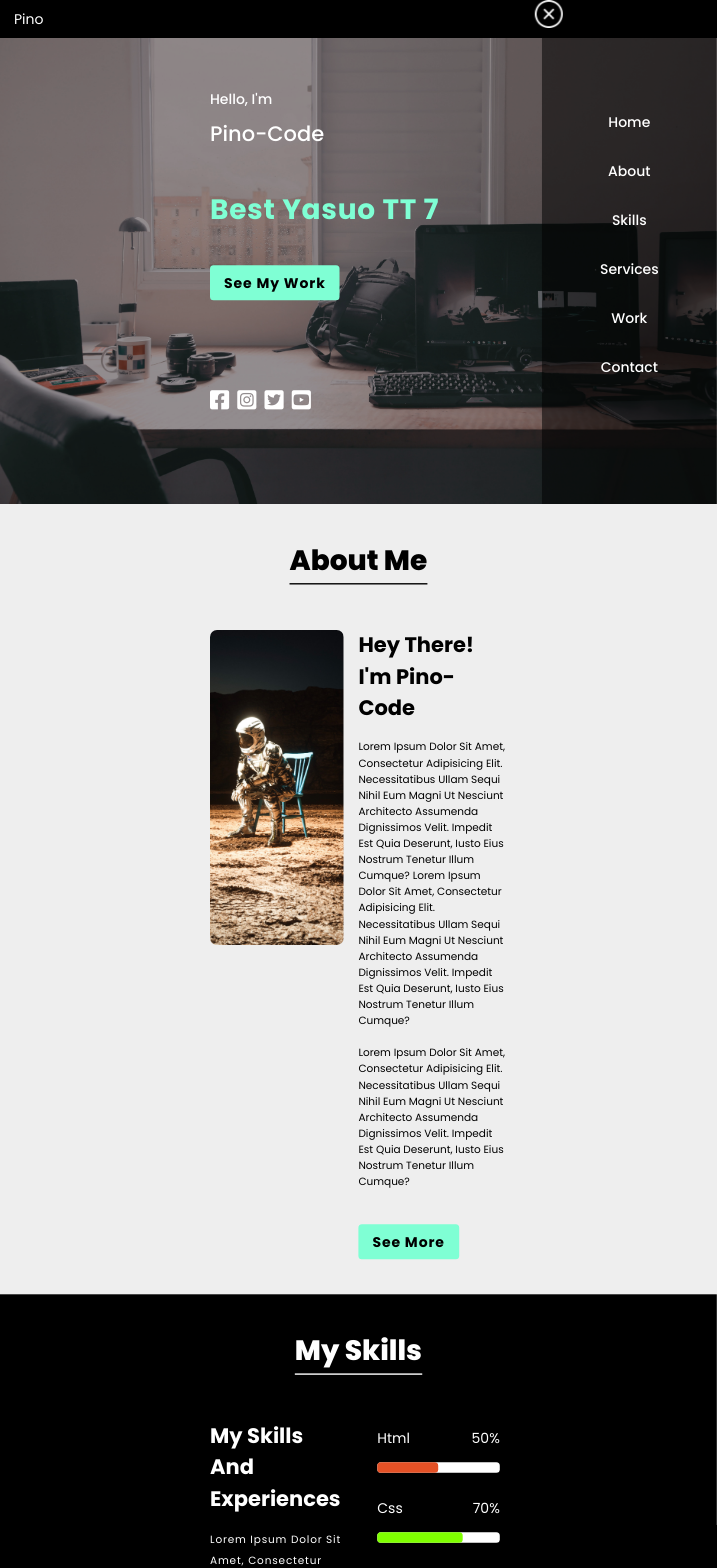
Repository: Pinocoding/New
Page: index.html
An editor plug-in stored every save of this project. The page is shown before and after the next save, followed by the edit.
The browser window is 1024 px wide. The pictures show the part of the page from y = 0 to 2240 px (the page is 8793 px tall), at 70% of full size.
Empty fields were first filled with sample values (such as "Sample", 5 or name@example.com).
After loading, the first visible `div.menu-btn` was clicked once.
Backgrounds fixed to the window are drawn as part of the page.

Above is the page before, as saved 2021-10-16 12:35:00.

### index.html
<!DOCTYPE html>
<html lang="en">
<head>
  <meta charset="UTF-8">
  <meta http-equiv="X-UA-Compatible" content="IE=edge">
  <meta name="viewport" content="width=device-width, initial-scale=1.0">
  <title>Document</title>
  <link rel="stylesheet" href="style.css">
  <link rel="stylesheet" href="https://cdnjs.cloudflare.com/ajax/libs/font-awesome/6.0.0-beta2/css/all.min.css" integrity="sha512-YWzhKL2whUzgiheMoBFwW8CKV4qpHQAEuvilg9FAn5VJUDwKZZxkJNuGM4XkWuk94WCrrwslk8yWNGmY1EduTA==" crossorigin="anonymous" referrerpolicy="no-referrer" />


</head>
<body>
  <!-- header -->
  <header>
    <a href="#main" class="brand">Pino</a>
    <div class="menu-btn"></div>
    <div class="navigation">
        <a href="#main">home</a>
        <a href="#about">About</a>
        <a href="#skills">Skills</a>
        <a href="#services">Services</a>
        <a href="#work">Work</a>
        <a href="#contact">Contact</a>
    </div>
  </header>
  <!--  -->
  <!-- section main  -->
  <section class="main">
    <div class="layout"></div>
    <div class="content">
    <h2>hello, I'm<br><span>Pino-code</span></h2>
    <div class="animated-text">
      <h3>FE developer</h3>
      <h3>Best Yasuo TT 7</h3>
      <h3>Best NoVo CS GO</h3>
    </div>
    <a href="#about" class="btn">see my work</a>
    <div class="media-icon">
      <a href="#"><i class="fab fa-facebook-square"></i></a>
      <a href="#"><i class="fab fa-instagram-square"></i></a>
      <a href="#"><i class="fab fa-twitter-square"></i></a>
      <a href="#"><i class="fab fa-youtube-square"></i></a>
    </div>
  </div>

  </section>
  <!--  -->
  <!-- section about -->
  <section class="about" id="about">
    <!-- title -->
    <div class="title">
      <h2 class="section-title">
        about me
      </h2>
    </div>
    <!--  -->
    <!-- content -->
    <div class="content">
      <div class="column col-left">
        <div class="img-card">
          <img src="/img/002.jpg" alt="">
        </div>
      </div>
      <div class="column col-right">
        <h2 class="content-title">Hey there! i'm pino-code</h2>
        <p>Lorem ipsum dolor sit amet, consectetur adipisicing elit. Necessitatibus ullam sequi nihil eum magni ut nesciunt architecto assumenda dignissimos velit. Impedit est quia deserunt, iusto eius nostrum tenetur illum cumque?
          Lorem ipsum dolor sit amet, consectetur adipisicing elit. Necessitatibus ullam sequi nihil eum magni ut nesciunt architecto assumenda dignissimos velit. Impedit est quia deserunt, iusto eius nostrum tenetur illum cumque?
          <br>
          <br>
          Lorem ipsum dolor sit amet, consectetur adipisicing elit. Necessitatibus ullam sequi nihil eum magni ut nesciunt architecto assumenda dignissimos velit. Impedit est quia deserunt, iusto eius nostrum tenetur illum cumque?
        </p>
        <a href="#about" class="btn">See more</a>
      </div>
    </div>
      <!--  -->


    </section>
    <!--  -->

        <!-- section skills -->
    <section class="skills" id="skills">
      <div class="title">
        <h2 class="section-title">
          my skills
        </h2>
      </div>
      <div class="content">
        <div class="column col-left">
          <h2 class="content-title">
            my skills and experiences</h2>
            <p>Lorem ipsum dolor sit amet, consectetur adipisicing elit. Ut amet doloremque ratione quam quos dolores nesciunt nam eaque esse cum obcaecati voluptas unde, magnam mollitia ducimus libero! Ducimus, fugiat recusandae.<br>
            Lorem ipsum dolor sit amet consectetur, adipisicing elit. Voluptas quia expedita omnis perspiciatis, similique voluptates doloribus error odio vitae voluptatem pariatur repellat reiciendis laudantium, autem minus ad placeat facere accusantium?</be></p>
            <a href="#" class="btn">see more</a>
        </div>

      <div class="column col-right">
        <div class="bar">
          <div class="infor">
            <span>html</span>
            <span>50%</span>
          </div>
          <div class="line html"></div>
        </div>
        <div class="bar">
          <div class="infor">
            <span>css</span>
            <span>70%</span>
          </div>
          <div class="line css"></div>
        </div>
        <div class="bar">
          <div class="infor">
            <span>javascript</span>
            <span>20%</span>
          </div>
          <div class="line javascript"></div>
        </div>
        <div class="bar">
          <div class="infor">
            <span>jquery</span>
            <span>20%</span>
          </div>
          <div class="line jquery"></div>
        </div>
      </div>

      </div>
    </section>
    <!--  -->
    <!-- section services -->
<section class="services" id="services">
  <div class="title">
    <h2 class="section-title">
      my services
    </h2>
    <p>Lorem ipsum dolor sit amet consectetur adipisicing elit. Quasi, iusto. Odio tempore maxime minus nihil est nemo, impedit libero ipsa dolorem voluptatibus sed voluptatum, porro deserunt, sapiente tempora quae dolorum.</p>
  </div>
  <div class="content">
    <div class="card">
      <div class="service-icon">
        <i class='fas fa-palette'></i>
      </div>
      <div class="infor">
        <h3>web design</h3>
        <p>Lorem ipsum dolor sit amet consectetur adipisicing elit. Voluptate quibusdam debitis, ratione assumenda laudantium ullam fuga quos eos beatae commodi fugit a .

        </p>
      </div>

    </div>
    <div class="card">
      <div class="service-icon">
        <i class='far fa-file-code'></i>
      </div>
      <div class="infor">
        <h3>web development</h3>
        <p>Lorem ipsum dolor sit amet consectetur adipisicing elit. Voluptate quibusdam debitis, ratione assumenda laudantium ullam fuga quos eos beatae commodi fugit a . </p>
      </div>

    </div>
    <div class="card">
      <div class="service-icon">
        <i class='far fa-object-group'></i>
      </div>
      <div class="infor">
        <h3>motion graphic design</h3>
        <p>Lorem ipsum dolor sit amet consectetur adipisicing elit. Voluptate quibusdam debitis, ratione assumenda laudantium ullam fuga quos eos beatae commodi fugit a .</p>
      </div>

    </div>
  </div>


</section>
<!--  -->
<!-- section work  -->
<section class="work" id="work">
  <div class="title">
    <div class="section-title">my work</div>
  </div>
  <div class="content">
    <div class="card">
      <div class="card-img">
        <img src="/img/1.jpg" alt="">
      </div>
    </div>
    <div class="card">
      <div class="card-img">
        <img src="/img/2.jpg" alt="">
      </div>
    </div>
    <div class="card">
      <div class="card-img">
        <img src="/img/3.jpg" alt="">
      </div>
    </div>
    <div class="card">
      <div class="card-img">
        <img src="/img/4.jpg" alt="">
      </div>
    </div>
    <div class="card">
      <div class="card-img">
        <img src="/img/5.jpg" alt="">
      </div>
    </div>
    <div class="card">
      <div class="card-img">
        <img src="/img/boy.jpg" alt="">
      </div>




    </div>
    <div class="title">
      <a href="#" class="btn">See All</a>
    </div>



  </div>

</section>
<!--  -->

<!-- contact -->
<section class="contact" id="contact">
  <div class="title">
    <h2 class="section-title">
      contact Me
    </h2>
  </div>
  <div class="content">
    <div class="row">
      <div class="card">
        <div class="contact-icon">
          <i class="fas fa-map-marker-alt"></i>

        </div>
        <div class="infor">
          <h3>address</h3>
          <span>addess,city,country</span>
        </div>
        </div>
        <div class="card">
          <div class="contact-icon">
            <i class="fas fa-phone"></i>

          </div>
          <div class="infor">
            <h3>phone</h3>
            <span>+000000000</span>
          </div>
        </div>
          <div class="card">
            <div class="contact-icon">
              <i class="far fa-envelope"></i>

            </div>
            <div class="infor">
              <h3>email address</h3>
              <span>contact@email.com</span>
            </div>
          </div>
          <di class="card">
            <div class="contact-icon">
              <i class="fas fa-globe"></i>

            </div>
            <div class="infor">
              <h3>website</h3>
              <span>my website.com</span>
            </div>
          </di v>
    </div>
    <!-- quan trọng [form] -->
    <div class="row">
      <div class="contact-form">
        <h3>Send Message</h3>
        <div class="input-box">
          <input type="text" name="" value="" placeholder="Name">
        </div>
        <div class="input-box">
          <input type="text" name="" value="" placeholder="Email">
        </div>
        <div class="input-box">
          <textarea name="name" rows="8" cols="80" placeholder="Message"></textarea>
        </div>
        <div class="input-box">
          <input type="submit" class="send-btn" name="" value="send">
        </div>
      </div>

    </div>


</section>
<!--  -->
<!--  -->
<footer class="footer">
  <span class="footer-title">
    pino-code
  </span>
<p>copyright @2021 <a href="#">Pino-code</a> .All rights reserved</p>
</footer>
  <script
  src="https://code.jquery.com/jquery-3.6.0.js"
  integrity="sha256-H+K7U5CnXl1h5ywQfKtSj8PCmoN9aaq30gDh27Xc0jk="
  crossorigin="anonymous"></script>
  <script src="function.js"></script>
</body>
</html>

### style.css
/* @import url("https://fonts.googleapis.com/css2?family=Comic+Neue:wght@400;700&display=swap"); */
@import url("https://fonts.googleapis.com/css2?family=Poppins:wght@300;400;500;700;800&display=swap");
* {
  font-size: 62.5%;
  /* font-family: "Comic Neue", cursive; */
  font-family: "Poppins", sans-serif;
  margin: 0;
  padding: 0;
  box-sizing: border-box;
  text-transform: capitalize;
  /* kéo mượt chuột */
  scroll-behavior: smooth;
  /*  */
}
body {
  min-height: 110vh;
  background: #eee;
}
/* for header */
header {
  position: fixed;
  z-index: 99;
  background: rgb(0, 0, 0);
  top: 0;
  left: 0;
  width: 100%;
  padding: 2rem 5rem;
  display: flex;
  justify-content: space-between;
  align-items: center;
}
/* hover navigation */
header .navigation a:hover {
  color: aquamarine;
}
/*header sticky */
header.sticky {
  background: rgba(0, 0, 0, 0.26);
}
/*  */
header .brand {
  text-decoration: none;
  font-size: 2rem;
  color: white;
}
header .navigation a {
  font-size: 1.5rem;
  text-decoration: none;
  color: white;
  padding: 0 1rem;
}
/*  */
section {
  padding: 5rem 30rem;
}
/* for banner */
.main {
  position: relative;
  width: 100%;
  min-height: 100vh;
  display: flex;
  align-items: center;
  background: url("/img/0.jpg") no-repeat;
  background-size: cover;
  background-position: center;
  background-attachment: fixed;
  z-index: 1;
}
.main .layout {
  position: absolute;
  top: 0;
  left: 0;
  width: 100%;
  height: 100%;
  background: black;
  opacity: 0.3;
  z-index: -1;
}
.main .content {
  max-width: 100rem;
}
.main .content h2 {
  margin-bottom: 5rem;
  color: white;
  font-size: 2rem;
  font-weight: 500;
  line-height: 5rem;
}
.main .content h2 span {
  font-size: 3rem;
}

.animated-text {
  position: relative;
  height: 6rem;
  overflow: hidden;
}
.animated-text h3 {
  color: aquamarine;
  font-size: 4rem;
  font-weight: 700;
  line-height: 60px;
  letter-spacing: 1px;
}
/* animated text for h3 */
.animated-text h3:nth-child(1) {
  animation: text-move 7s infinite;
}
@keyframes text-move {
  0% {
    margin-top: 0;
  }
  25% {
    margin-top: -60px;
  }
  50% {
    margin-top: -120px;
  }
  100% {
    margin-top: 0;
  }
}
/*  */
.btn {
  margin-top: 5rem;
  color: black;
  background: aquamarine;
  font-size: 2rem;
  font-weight: 700;
  display: inline-block;
  padding: 10px 20px;
  text-decoration: none;
  letter-spacing: 1.3px;
  border-radius: 5px;
  /* box-shadow: -1px 5px 10px #888888; */
  transition: 0.5s ease;
}
.btn:hover {
  transform: scale(1.1);
}

.media-icon {
  margin-top: 10rem;
}
.media-icon a {
  color: white;
  font-size: 5rem;
  margin-right: 1rem;
  transition-property: transform, color;
  transition: 0.2s;
}
.media-icon a:hover i {
  color: aquamarine;
  transform: translateY(-2px);
  transition: 0.2s;
}
/*  */
/* for section about  */
.title {
  width: 100%;
  display: flex;
  justify-content: center;
  align-items: center;
  flex-direction: column;
}
/* gach dưới , chấm */
.section-title {
  text-transform: capitalize;
  position: relative;
  color: black;
  font-size: 4rem;
  font-weight: 800;
  margin-bottom: 5rem;
}
.section-title:after {
  content: "";
  position: absolute;
  top: 105%;
  left: 50%;
  width: 100%;
  height: 2px;
  transform: translateX(-50%);
  background: currentColor;
}

/*  */
/*  content */
.about .content {
  position: relative;
  width: 100%;
  display: flex;
  justify-content: space-between;
  margin-top: 2rem;
}
/* content > col-left */
.about .content .col-left {
  position: relative;
  width: 45%;
}
.about .content .col-left .img-card {
  position: relative;
  width: 100%;
  min-height: 45rem;
}
.about .content .col-left .img-card img {
  position: absolute;
  top: 0;
  left: 0;
  width: 100%;
  height: 100%;
  object-fit: cover;
  border-radius: 10px;
}
/* content > col-right */
.about .content .col-right {
  width: 50%;
  position: relative;
}
.content-title {
  font-size: 3rem;
  margin-bottom: 2rem;
}
.about .content .col-right p {
  font-size: 1.5rem;
}
/* .column .btn {
  margin-top: 9rem;
  color: black;
  background: linear-gradient(to top left, aquamarine, transparent);
  font-size: 2rem;
  font-weight: 700;
  display: inline-block;
  padding: 15px 20px;
  text-decoration: uppercase;
  text-decoration: none;
  letter-spacing: 1px;
  border-radius: 10px;
  box-shadow: -1px 5px 10px #888888;
  transition: 0.5s ease;
}
.btn:hover {
  transform: scale(1.1);
} */
/*  */
/* skills */
.skills {
  background: black;
}
.skills .section-title {
  color: white;
}

.skills .section-title::before {
  background: currentColor;
}
.skills .content {
  position: relative;
  width: 100%;
  display: flex;
  justify-content: space-between;
  color: white;
  margin-top: 2rem;
}
/* skills => col-left */
.skills .content .col-left {
  position: relative;
  width: 46%;
}
/*  */
/* skills => col-right */
.skills .content .col-right {
  position: relative;
  width: 46%;
}
.skills .content .col-right .bar {
  margin-bottom: 15px;
  padding: 10px;
}
.skills .content .col-right .bar .infor {
  display: flex;
  align-items: center;
  justify-content: space-between;
  margin-bottom: 2rem;
}

.skills .content .col-right .bar .infor span {
  font-size: 2rem;
}
/* thanh % */
.skills .content .col-right .bar .line {
  position: relative;
  width: 100%;
  height: 15px;
  border-radius: 5px;
  background: white;
}
.skills .content .col-right .bar .line::before {
  content: "";
  position: absolute;
  top: 0;
  left: 0;

  height: 100%;
  /* background-color: rgb(42, 40, 136); */
  border-radius: 5px;
}
.skills .content .col-right .bar .html::before {
  width: 50%;
  background: #e45126;
}
.skills .content .col-right .bar .css::before {
  width: 70%;
  background-color: chartreuse;
}
.skills .content .col-right .bar .javascript::before {
  width: 20%;
  background-color: rgb(0, 60, 255);
}
.skills .content .col-right .bar .jquery::before {
  width: 20%;
  background-color: rgb(0, 38, 255);
}

/*  */
.skills p {
  font-size: 1.5rem;
  line-height: 3rem;
  letter-spacing: 1.2px;
}
/* .skills .content .btn {
  margin-top: 2rem;
  color: white;

  background: linear-gradient(to top left, aquamarine, transparent);
  font-size: 2rem;
  font-weight: 700;
  display: inline-block;
  padding: 15px 20px;
  text-decoration: uppercase;

  letter-spacing: 1px;
  border-radius: 10px;

  transition: 0.5s ease;
}
.btn:hover {
  transform: scale(1.1);
} */
/*  */
/* for services */
.services .content {
  display: flex;
  justify-content: center;
  flex-wrap: wrap;
  flex-direction: row;
  margin-top: 20px;
}
.title p {
  font-size: 2rem;
  text-align: center;
  width: 80%;
}

.services .content .card {
  background-color: white;
  width: 34rem;
  margin: 10px;
  padding: 25px;
  justify-content: center;
  align-items: center;
  flex-direction: column;
  box-shadow: 0 5px 25px rgba(1 1 1 /15%);
  border-radius: 10px;
}
.services .content .card .service-icon i {
  color: #3a6cf4;
  display: flex;
  justify-content: center;
  align-items: center;
  font-size: 13rem;

  text-align: center;
  transition: transform 0.3s ease;
  margin-bottom: 1rem;
}
.services .content .card:hover .service-icon i {
  transform: scale(1.2);
}
.services .content .card .infor {
  text-align: center;
}
.services .content .card .infor p {
  font-size: 1.5rem;
  text-align: center;
}
.services .content .card .infor h3 {
  font-size: 2rem;
  color: #3a6cf4;
  font-weight: 500;
  margin-bottom: 2rem;
}
/*  */
/* section work */
.work {
  background: black;
}
.work .content {
  display: flex;
  justify-content: center;
  align-items: center;
  flex-direction: row;
  flex-wrap: wrap;
  margin-top: 20px;
}
.work .content .card {
  width: 34rem;
  margin: 15px;
}
.work .content .card .card-img {
  position: relative;
  width: 100%;
  height: 26rem;
  overflow: hidden;
  border-radius: 2rem;
}
.work .content .card .card-img img {
  position: absolute;
  top: 0;
  left: 0;
  width: 100%;
  height: 100%;
  object-fit: cover;
  transition: transform 0.3s ease;
}
.work .content .card .card-img img:hover {
  transform: scale(1.2);
}
.work .section-title {
  color: white;
}
.work .section-title::before {
  background: currentColor;
}
/* for contact */
.contact .content {
  display: flex;
  justify-content: center;
  flex-wrap: wrap;
  flex-direction: column;
  margin-top: 20px;
}
.contact .content .row {
  display: flex;
  justify-content: center;
  flex-wrap: wrap;
  flex-direction: row;
}
.contact .content .row .card {
  background: white;
  width: 240px;
  margin: 2rem;
  padding: 25px;
  display: flex;
  justify-content: center;
  align-items: center;
  flex-direction: column;
  box-shadow: 0 5px 25px rgba(1 1 1 /15%);
  border-radius: 10px;
}
.contact .content .row .card .contact-icon {
  font-size: 15rem;
  display: flex;
  justify-content: center;
  align-items: center;
  margin-bottom: 2rem;
  color: #3a6cf4;
}
.contact .content .row .card:hover .contact-icon {
  transform: translateY(-10px);
  transition: 0.3s;
}
.contact .content .row .card .infor {
  text-align: center;
}
.contact .content .row .card .infor h3 {
  font-size: 2rem;
  margin-bottom: 1rem;
}
.contact .content .row .card .infor span {
  font-size: 1.5rem;
  letter-spacing: 1.5px;
}
/* important */
.contact-form {
  background: white;
  max-width: 60rem;
  margin-top: 50px;
  padding: 50px;
  border-radius: 10px;
  box-shadow: 0 5px 25px rgba(1 1 1 /15%);
}
.contact-form h3 {
  color: #111;
  font-size: 2rem;
  font-weight: 600;
  margin-bottom: 40px;
}
.contact-form .input-box {
  position: relative;
  width: 100%;
  margin-bottom: 20px;
}
.contact-form .input-box input,
.contact-form .input-box textarea {
  color: #111;
  width: 100%;
  padding: 10px;
  font-size: 1.5rem;
  border-radius: 4px;
  outline: none;
  border: 1px solid black;
  resize: none;
}
.contact-form .input-box .send-btn {
  color: white;
  background: #3a6cf4;
  /* display: inline-block; */
  font-size: 1.5rem;
  font-weight: 500;
  letter-spacing: 2px;
  width: 100%;
  border: none;
  text-transform: uppercase;
  cursor: pointer;
  transition: 0.3s ease;
}
.contact-form .input-box .send-btn:hover {
  background: #235bf6;
}
/*  */
/* footer  */
.footer {
  background: #000016;
  color: white;
  text-align: center;
  padding: 2rem;
}
.footer .footer-title {
  font-size: 2rem;
  font-weight: 600;
}
.footer p {
  font-size: 16px;
  margin-top: 1rem;
}
.footer p a {
  color: aquamarine;
  font-weight: 600;
  font-size: 16px;
  text-decoration: none;
}
/*  */
/* respon   */
@media (max-width: 1040px) {
  header {
    padding: 12px 20px;
  }
  /*  làm  menubtn > closebtn */
  header .menu-btn {
    position: absolute;
    background: url("img/NicePng_button-png_147111.png") no-repeat;
    width: 40px;
    height: 40px;
    filter: invert(1);

    background-size: 40px;
    background-position: center;
    right: 0;
    margin: 0 20px;
    cursor: pointer;
    transition: 0.3s ease;
  }
  header .menu-btn.active {
    z-index: 99;
    background: url("img/close-circular-button-symbol.png") no-repeat;
    top: 0;
    right: 20rem;
    width: 40px;
    height: 40px;
    filter: invert(1);

    background-size: 40px;
    background-position: center;
    transition: 0.3s ease;
  }
  /*  */
  /* làm navigation > navigation active  */
  header .navigation {
    /* position: relative; */
    display: none;
  }
  header .navigation.active {
    z-index: 88;
    position: fixed;
    background-color: rgba(0, 0, 0, 0.527);
    top: 0;
    right: 0;
    width: 25rem;
    height: 100%;
    display: flex;
    flex-direction: column;
    justify-content: center;
    align-items: center;
    transition: 0.3s ease;
  }
  header .navigation a {
    color: white;
    font-weight: 500;
    font-size: 2rem;

    margin-bottom: 2rem;
    padding: 1rem 2rem;
    border-radius: 10px;
    transition: 0.2s ease;
  }
  header .navigation a:hover {
    background: #eee;
    color: black;
  }
}
/*  */

### function.js
// js for navication bar on scroll
window.addEventListener("scroll", function () {
  const header = document.querySelector("header");
  header.classList.toggle("sticky", window.scrollY > 0);
});

//  js for  menubtn $ navigation bar
const menuBtn = document.querySelector(".menu-btn");
const navigation = document.querySelector(".navigation");

menuBtn.addEventListener("click", () => {
  menuBtn.classList.toggle("active");
  navigation.classList.toggle("active");
});

After the next save:
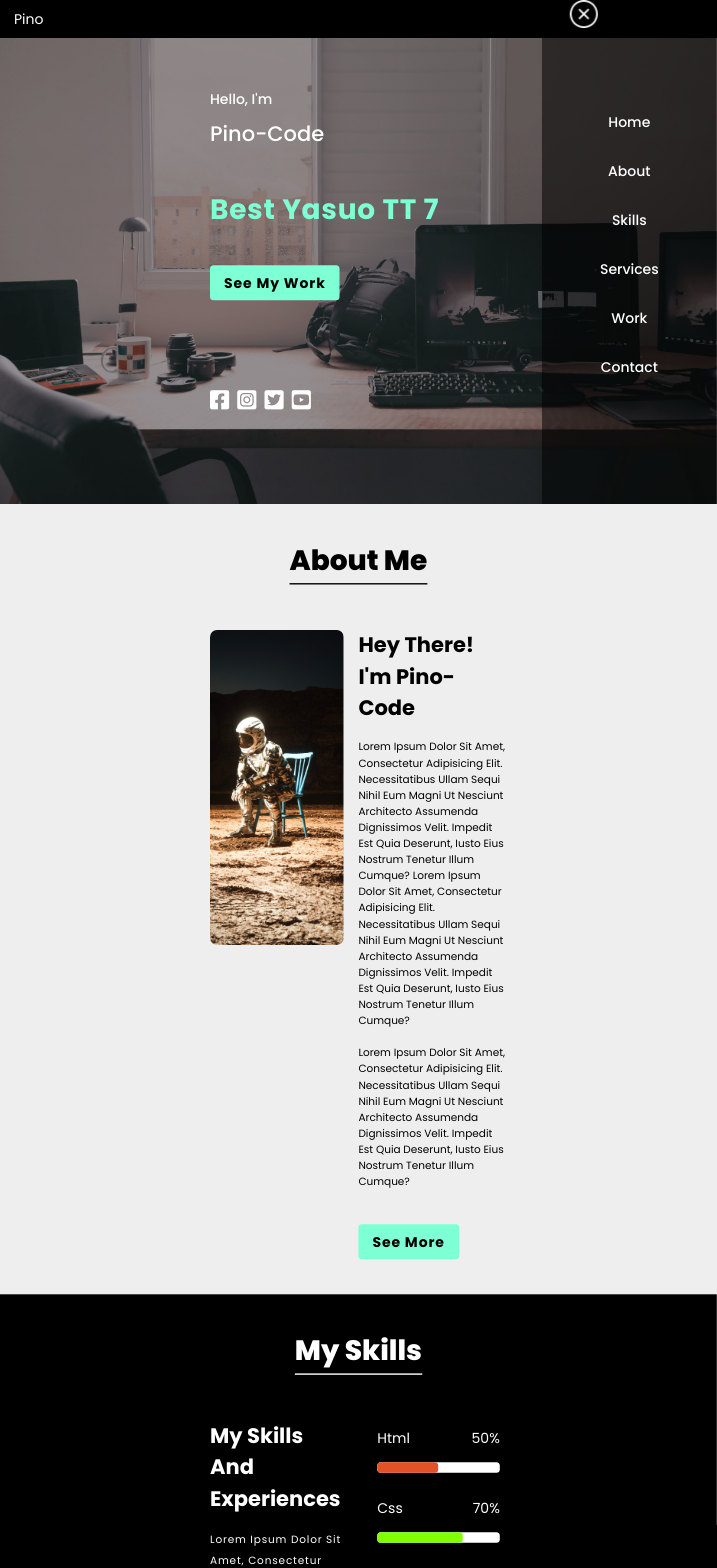
Saved 5 s later.
--- a/style.css
+++ b/style.css
@@ -584,7 +584,7 @@ section {
     z-index: 99;
     background: url("img/close-circular-button-symbol.png") no-repeat;
     top: 0;
-    right: 20rem;
+    right: 15rem;
     width: 40px;
     height: 40px;
     filter: invert(1);
